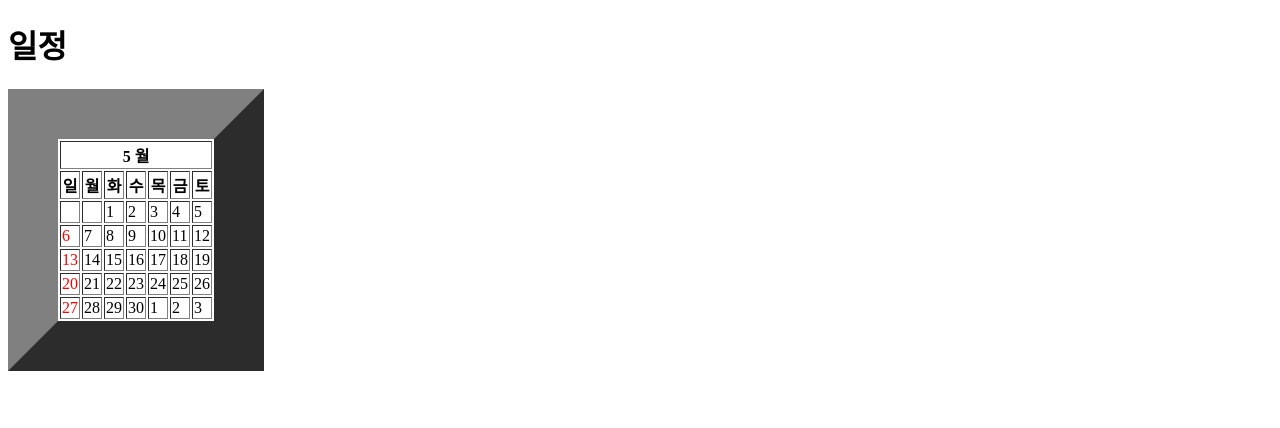
Repository: ssleap/multicampusIoT
Page: workspace190520/edu1/WebContent/workshop.html
The author's editor kept a copy of each file at every save. The page is drawn from the files as they stood at one save, then again after the next save.
The browser window is 1280 px wide. The pictures show the whole page.

Above is the page before, as saved 2019-05-20 07:36:56.

### workspace190520/edu1/WebContent/workshop.html
<!DOCTYPE html>
<html>
<head>
<meta charset="UTF-8">
<meta name = "viewport" content ="width=device-width, initial-scale=1">
<title>자소설닷컴</title>
</head>
<body>
	<h1>일정</h1>

	<table border = "50">
		<tr><th colspan = "7">5 월</th></tr>
		<tr><th>일</th><th>월</th><th>화</th><th>수</th>
		<th>목</th><th>금</th><th>토</th></tr>
		<tr>
			<td></td><td></td>
			<td>1</td><td>2</td>
			<td>3</td><td>4</td>
			<td>5</td>
		</tr>
		<tr>
			<td style = "color : red">6</td><td>7</td>
			<td>8</td><td>9</td>
			<td>10</td><td>11</td>
			<td>12</td>
		</tr>
		<tr>
			<td style = "color : red">13</td><td>14</td>
			<td>15</td><td>16</td>
			<td>17</td><td>18</td>
			<td>19</td>
		</tr>
		<tr>
			<td style = "color : red">20</td><td>21</td>
			<td>22</td><td>23</td>
			<td>24</td><td>25</td>
			<td>26</td>
		</tr>
		<tr>
			<td style = "color : red">27</td><td>28</td>
			<td>29</td><td>30</td>
			<td>1</td><td>2</td>
			<td>3</td>
		</tr>
	</table>
</body>
</html>

After the next save:
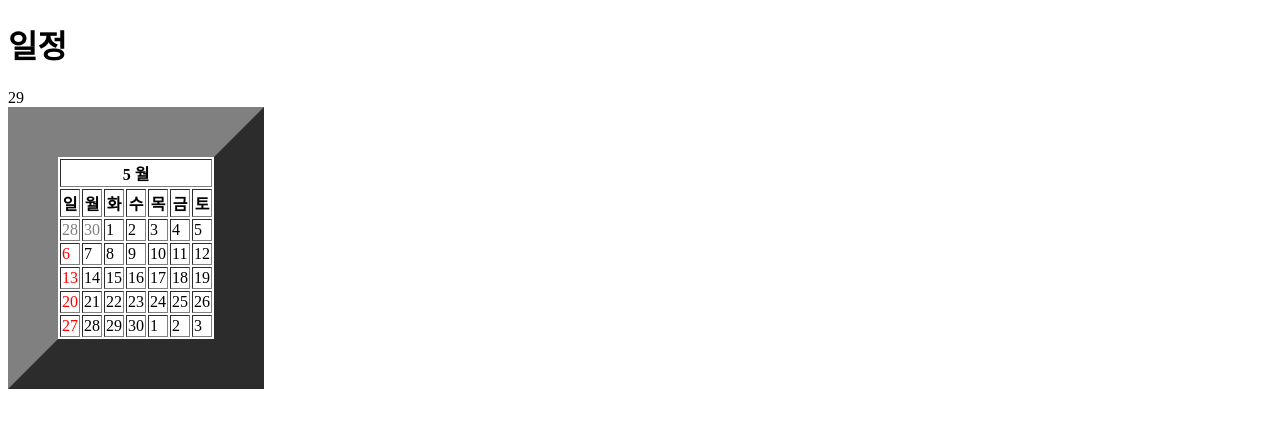
Saved 59 s later.
--- a/workspace190520/edu1/WebContent/workshop.html
+++ b/workspace190520/edu1/WebContent/workshop.html
@@ -3,7 +3,7 @@
 <head>
 <meta charset="UTF-8">
 <meta name = "viewport" content ="width=device-width, initial-scale=1">
-<title>자소설닷컴</title>
+<title>달력</title>
 </head>
 <body>
 	<h1>일정</h1>
@@ -13,7 +13,7 @@
 		<tr><th>일</th><th>월</th><th>화</th><th>수</th>
 		<th>목</th><th>금</th><th>토</th></tr>
 		<tr>
-			<td></td><td></td>
+			<td style = "color : grey">28</td>29<td style = "color : grey">30</td>
 			<td>1</td><td>2</td>
 			<td>3</td><td>4</td>
 			<td>5</td>
